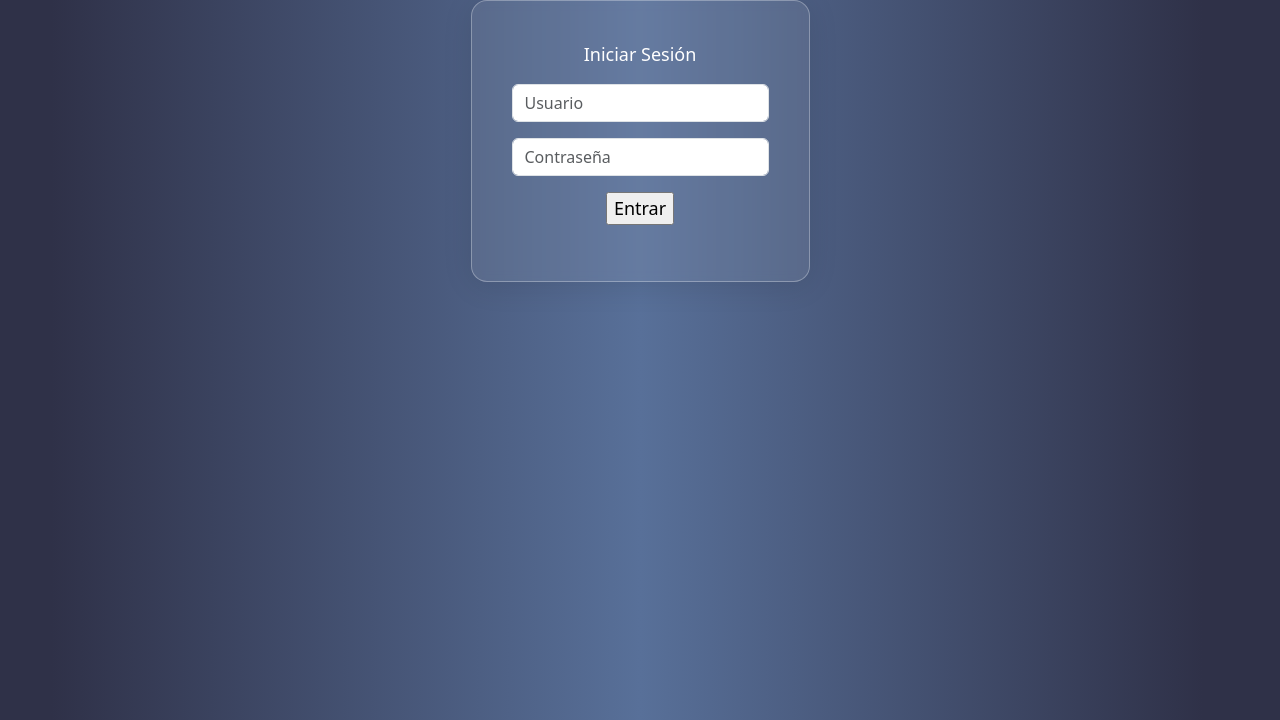
Repository: ingandresmolero/AdministrativoBarber
Page: http://localhost/
An editor plug-in stored every save of this project. The page is shown before and after the next save, followed by the edit.
The browser window is 1280 px wide. The pictures show the whole page.
The page is run by PHP 8.4 with error messages shown; the project is at /var/www/html/. Style sheets and scripts are compiled from the project's sources, by tool versions that may differ from the author's.

Above is the page before, as saved 2023-05-02 21:24:48.

### NEW/index.php
<?php include('php/login.php'); ?>
<!DOCTYPE html>
<html lang="en">

<head>
    <meta charset="UTF-8">
    <meta http-equiv="X-UA-Compatible" content="IE=edge">
    <meta name="viewport" content="width=device-width, initial-scale=1.0">
    <link href="https://cdn.jsdelivr.net/npm/bootstrap@5.3.0-alpha3/dist/css/bootstrap.min.css" rel="stylesheet" integrity="sha384-KK94CHFLLe+nY2dmCWGMq91rCGa5gtU4mk92HdvYe+M/SXH301p5ILy+dN9+nJOZ" crossorigin="anonymous">
    <link rel="stylesheet" href="css/styles.min.css">
    <title>Login</title>
</head>

<body class="login-page">

    <section class="container">
        <div class="box">
            <p>Iniciar Sesión</p>
            <form action="" method="post">

                    <div class="mb-3 user">
                        <!-- <label for="exampleInputEmail1" class="form-label">Usuario</label> -->
                        <input type="text" class="form-control" name="usuario" id="exampleInputEmail1" aria-describedby="emailHelp" placeholder="Usuario">

                    </div>
                    <div class="mb-3 password">
                        <!-- <label for="exampleInputPassword1" class="form-label">Contraseña</label> -->
                        <input type="password" class="form-control" name="passw" id="exampleInputPassword1" placeholder="Contraseña">
                    </div>

                    <p><input type="submit" name="login" value="Entrar"></p>
            </form>
        </div>
    </section>
    <script src="https://cdn.jsdelivr.net/npm/bootstrap@5.3.0-alpha3/dist/js/bootstrap.bundle.min.js" integrity="sha384-ENjdO4Dr2bkBIFxQpeoTz1HIcje39Wm4jDKdf19U8gI4ddQ3GYNS7NTKfAdVQSZe" crossorigin="anonymous"></script>
</body>

</html>

### NEW/php/login.php
<?php


  include("dbconn.php");
  session_start();
  if(isset($_POST["login"])){

    if($_POST["usuario"]== "" or $_POST["passw"]==""){
        echo "<center><h1>Usuario y contrasena no deben estar vacios</h1></center>";

}else{
    $username =$_POST["usuario"];
    $passw=$_POST["passw"];
    $query=$conn->prepare("SELECT * FROM usuarios WHERE user='$username' and passw='$passw'");
    $query -> execute();
    $control=$query ->fetch();

    if($control>0){
        $rol = $control['rol'];
        $_SESSION["username"]=$username;
        $_SESSION["rol"] =$rol;
        header("Location:views/dashboard.php");

    }
    echo "<center><h1>Algun dato incorrecto.</h1></center>";
  }

}
?>

### NEW/php/dbconn.php
<?php
try{
    $user = "root";
    $passw = "";
    $conn=new PDO("mysql:host=localhost;dbname=gestionsys",$user,$passw);

}catch(PDOException $e){
    print "Error!: " . $e->getMessage()."<br/>";
    die();
}


?>

### NEW/scss/styles.scss
@import 'components/header';
@import 'components/dashboard';
@import 'components/table-style';
@import 'components/buttons';
@import 'components/navigation';
@import 'components/fonts';
@import 'components/login-page';

### NEW/scss/components/header.scss
nav {
    .navbar-brand img {
        max-width: 50px;
        display: block;
    }
}

### NEW/scss/components/dashboard.scss
.elements {
    display: flex;
    margin: 3rem 0;
    justify-content: center;
    flex-direction: column;

    @media (min-width: 767px) {
        gap: 30px;
        flex-direction: row;
    }

    .card {
        .card-title {
            text-align: center;
        }
        .btn {
            display: block;
            width: max-content;
            margin: 0 auto;
        }

        @media only screen and (min-width: 768px) and (max-width: 979px) {
            text-align: center;
        }

        @media only screen and (max-width: 767px) {
            width: 85%;
            margin: 0 auto 30px;

            &:last-child {
                margin-bottom: initial;
            }
        }
    }
}

### NEW/scss/components/table-style.scss
@import "variables";

.table-responsive-sm {
    margin-bottom: 3rem;
}
.table-style {
    box-shadow: 0 0 20px rgba(0, 0, 0, 0.15);
    thead {
        background-color: $accentColor;
    }

    tr {
        color: #fff;
        line-height: 35px;
    }

    tr th {
        width: 22px;
        max-width: 95px;
        &:first-child {
            border-top-left-radius: 10px;
        }
        &:last-child {
            border-top-right-radius: 10px;
        }

        @media only screen and (max-width: 767px) {
            font-size: 14px;
            text-align: center;
        }
    }

    tbody {
        font-weight: bold;
        th {
            color: $accentColor;
            padding: 12px 10px;
        }

        tr {
            color: $primaryColor;
            &:hover {
                background-color: #f3f3f3;
                color: $accentColor;
                transition: .3s;
                th {
                    color: $accentColor;
                    transition: .3s;
                }
            }

            .action {
                padding: 12px 0;
            }
        }

        td {
            padding: 12px 10px;
            line-height: 22px;
            vertical-align: baseline;
            @media only screen and (max-width: 767px) {
                text-align: center;
                font-size: 14px;
            }
        }
    }
}

### NEW/scss/components/variables.scss
$primaryColor:#587099;
$lightenPrimary: lighten($primaryColor, 20%) !important;
$accentColor: #2F3148;

### NEW/scss/components/buttons.scss
@import "variables";
.table-btn {
    background-color: $accentColor;
    border-radius: 30px;
    border: 1px solid $accentColor;
    color: #fff;
    display: inline-block;
    line-height: initial;
    padding: 5px 20px;
    text-decoration: none;
    transition: .3s;
    font-weight: normal;
    &:hover,
    &:active {
        color: #fff;
        background-color: transparent;
        color: $accentColor;
    }

    @media only screen and (max-width: 767px) {
        padding: 5px 14px;
        font-size: 14px;
    }
}

.btn-style-1 {
    background-color: $accentColor;
    border: 1px solid $accentColor;
    color: #fff;
    display: inline-block;
    padding: 7px 21px;
    text-decoration: none;
    transition: .3s;
    margin-bottom: 12px;
    line-height: 22px;
    &:hover,
    &:active {
        border: 1px solid $accentColor;
        background-color: transparent;
        color: $accentColor;
    }
}

### NEW/scss/components/navigation.scss
@import "variables";

nav .pagination {
    margin-bottom: 2rem;
    @media (min-width: 768px) {
        display: inline-block !important;
        text-align: center;
        width: 100%;
    }
    @media only screen and (max-width: 767px) {
        justify-content: center;
    }
    & > li {
        white-space: nowrap;
        display: inline-block;
        margin: 0 5px;

        &.active a {
            background-color: $accentColor;
            color: #fff;
            pointer-events: none;
            opacity: 0.89;
        }
        &.disabled a {
            background-color: $accentColor;
            color: #fff;
            opacity: 0.89;
        }
        .page-link {
            color: $accentColor;
            padding: 4px 20px;
            border-radius: 30px !important;
            border: 2px solid $accentColor;
            border-color: $accentColor;
            transition: .3s;
            &:hover {
               background-color: $accentColor;
               color: #fff;
            }
        }
    }

    .pnum {
        @media only screen and (max-width: 767px) {
            display: none;
        }
    }
}

### NEW/scss/components/fonts.scss
@import "variables";

.page-heading {
    padding: 3rem 0 2rem;
    text-align: center;
    color: $accentColor;
}

### NEW/scss/components/login-page.scss
@import "variables";

.login-page {
    background: rgb(47,49,72);
    background: linear-gradient(90deg, rgba(47,49,72,1) 4%, rgba(88,112,153,1) 50%, rgba(47,49,72,1) 94%);

    .box {
        width: fit-content;
        margin: 0 auto;
        background-color: rgba(255,255,255,.09);
        padding: 40px;
        text-align: center;
        background: rgba(255, 255, 255, 0.08);
        border-radius: 16px;
        box-shadow: 0 4px 30px rgba(0, 0, 0, 0.1);
        backdrop-filter: blur(5px);
        -webkit-backdrop-filter: blur(5px);
        border: 1px solid rgba(255, 255, 255, 0.3);

        p {
            font-size: 18px;
            color: white;
        }
    }

    .box form {
        width: fit-content;
    }
}

After the next save:
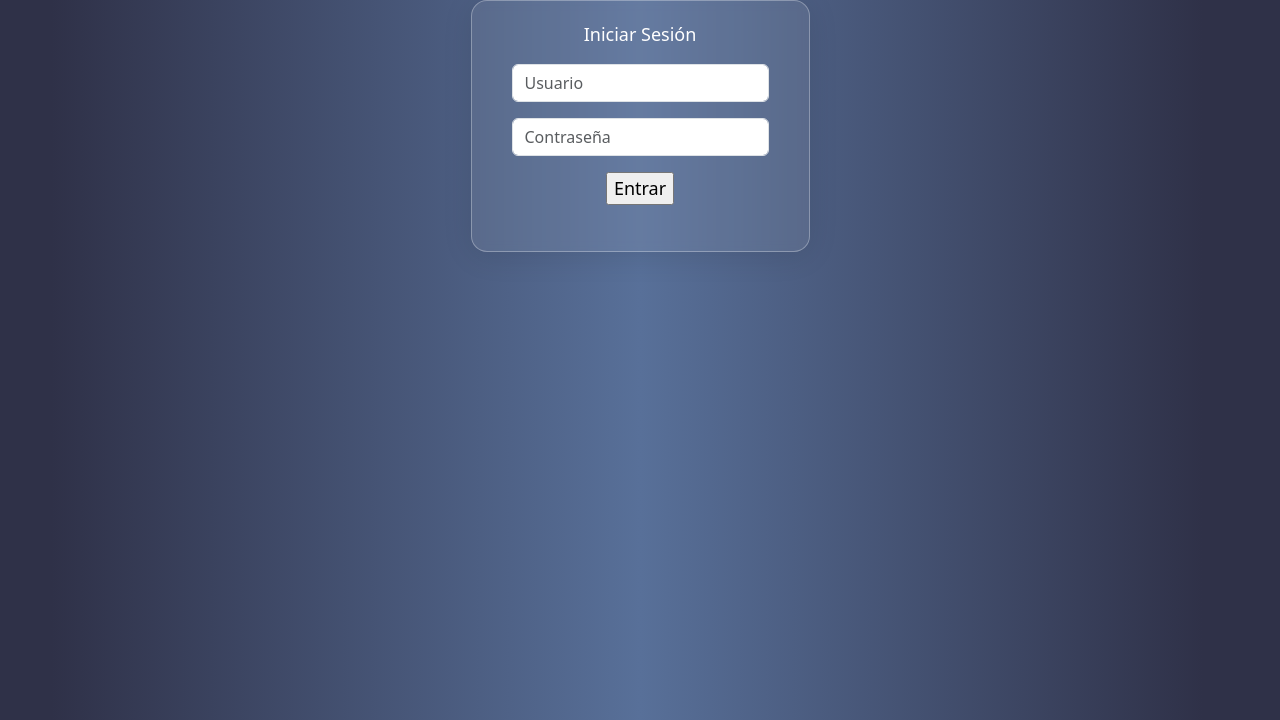
Saved 53 s later.
--- a/NEW/scss/components/login-page.scss
+++ b/NEW/scss/components/login-page.scss
@@ -8,7 +8,7 @@
         width: fit-content;
         margin: 0 auto;
         background-color: rgba(255,255,255,.09);
-        padding: 40px;
+        padding: 20px 40px 30px;
         text-align: center;
         background: rgba(255, 255, 255, 0.08);
         border-radius: 16px;
